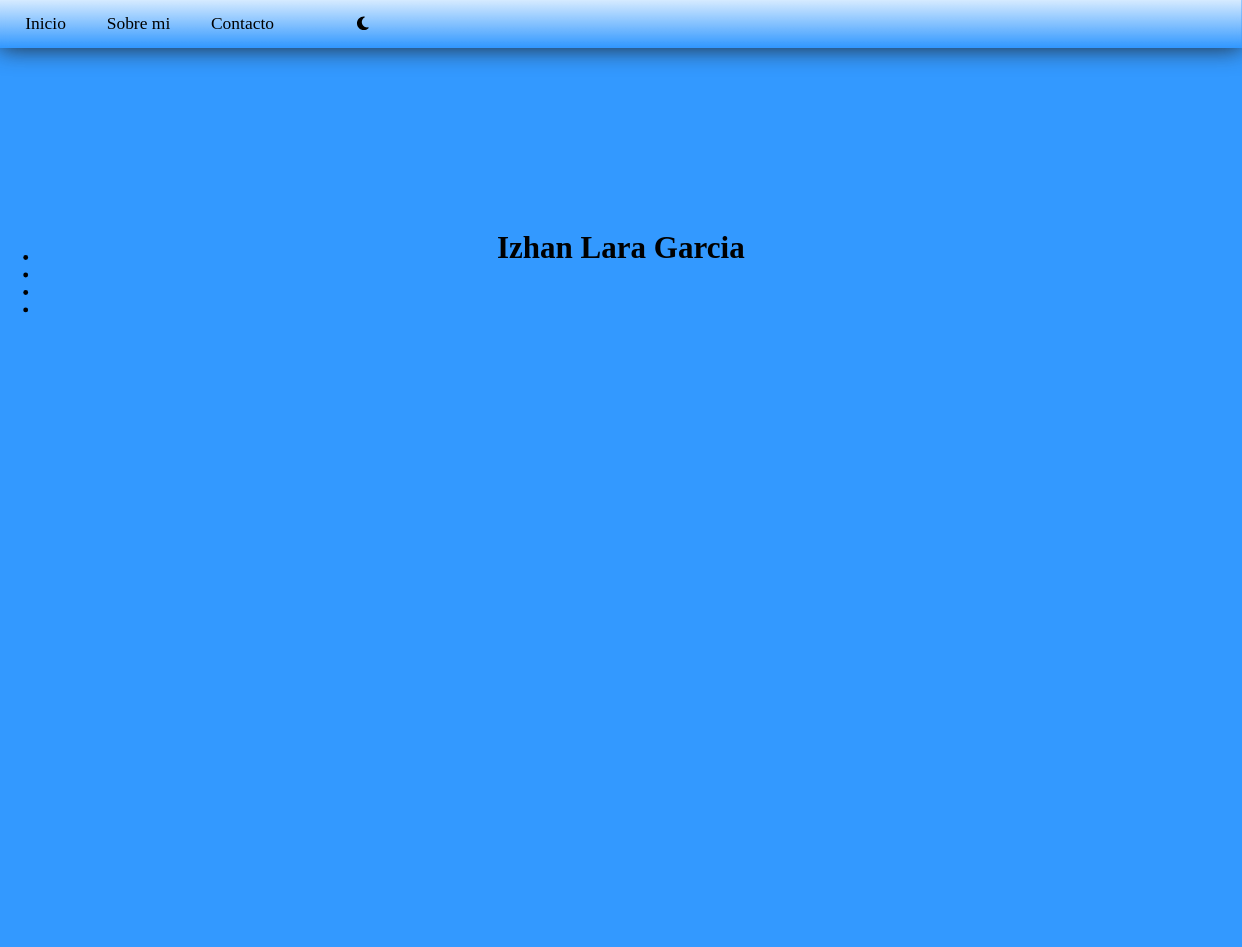
Repository: izhanlaraagarcia/izhanlaraagarcia.github.io
Page: / (app in vite-project/)
An editor plug-in stored every save of this project. The page is shown before and after a run of saves, followed by the edit.
The browser window is 1280 px wide. The pictures show the whole page, at 97% of full size.
The project was rebuilt for these pictures with package versions that can differ from the ones it lists, and the page was loaded fresh each time. Also part of the build but not shown: vite-project/vite.config.js, vite-project/src/pages/About/styles/about.scss, vite-project/src/pages/About/about.jsx, vite-project/src/pages/Contact/contact.jsx.

Above is the page before, as saved 2024-08-19 12:24:49.

### vite-project/index.html
<!doctype html>
<html lang="en">
  <head>
    <meta charset="UTF-8" />
    <meta name="viewport" content="width=device-width, initial-scale=1.0" />
    <title>Izhan Lara Garcia</title>
  </head>
  <body>
    <div id="root"></div>
    <script type="module" src="/src/main.jsx"></script>
  </body>
</html>

### vite-project/src/App.jsx
import React from "react";
import { BrowserRouter as Router, Route, Routes } from "react-router-dom";
import Menu from "./Componentes-Generales/menu.jsx";
import Inicio from "./Home/Inicio.jsx";
import About from "./pages/About/about.jsx";
import Contact from "./pages/Contact/contact.jsx";
import { ThemeProvider } from "./Constants/themaContext.jsx";

import { library } from "@fortawesome/fontawesome-svg-core";
import { fas } from "@fortawesome/free-solid-svg-icons";

library.add(fas);

class App extends React.Component {
  render() {
    return (
      <ThemeProvider>
        <Router>
          <Menu />
          <Routes>
            <Route path="/" element={<Inicio />} />
            <Route path="/sobre-mi" element={<About />} />
            <Route path="/contacto" element={<Contact />} />
          </Routes>
        </Router>
      </ThemeProvider>
    );
  }
}

export default App;

### vite-project/src/index.css
/* :root {
  font-family: Inter, system-ui, Avenir, Helvetica, Arial, sans-serif;
  line-height: 1.5;
  font-weight: 400;

  color-scheme: light dark;
  color: rgba(255, 255, 255, 0.87);
  background-color: #242424;

  font-synthesis: none;
  text-rendering: optimizeLegibility;
  -webkit-font-smoothing: antialiased;
  -moz-osx-font-smoothing: grayscale;
}

a {
  font-weight: 500;
  color: #646cff;
  text-decoration: inherit;
}

a:hover {
  color: #535bf2;
}



h1 {
  font-size: 3.2em;
  line-height: 1.1;
}

button {
  border-radius: 8px;
  border: 1px solid transparent;
  padding: 0.6em 1.2em;
  font-size: 1em;
  font-weight: 500;
  font-family: inherit;
  background-color: #1a1a1a;
  cursor: pointer;
  transition: border-color 0.25s;
}

button:hover {
  border-color: #646cff;
}

button:focus,
button:focus-visible {
  outline: 4px auto -webkit-focus-ring-color;
}

@media (prefers-color-scheme: light) {
  :root {
    color: #213547;
    background-color: #ffffff;
  }

  a:hover {
    color: #747bff;
  }

  button {
    background-color: #f9f9f9;
  }
} */

body {
  right: 0;
  margin: 0%;
  width: 100%;
  margin-top: 20%;
  text-align: center;
  min-width: 320px;
  min-height: 100vh;

}

button {
  border-radius: 8px;
  border: 1px solid transparent;
  padding: 0.6em 1.2em;
  font-size: 1em;
  font-weight: 500;
  font-family: inherit;
  background-color: #1a1a1a;
  cursor: pointer;
  transition: border-color 0.25s;
}

### vite-project/src/Componentes-Generales/menu.jsx
import React from "react";
import { Link } from "react-router-dom";
import "./styles/menu.scss";
import TemaComponent from "./thema";
import { useTheme } from "../Constants/themaContext";

// import { LANGUAGES } from "../Constants/lenguaje";

const Menu = () => {
  const { dark } = useTheme();
  return (
    <header>
      <nav className={`menu ${dark ? 'dark-mode' : 'light-mode'}`}>
        <ul>
          <li>
            <Link to="/">Inicio</Link>
            <i className="fas fa-address-card" aria-hidden="true"></i>
          </li>
          <li>
            <Link to="/sobre-mi">Sobre mi</Link>
          </li>
          <li>
            <Link to="/contacto">Contacto</Link>
          </li>
          <li>
            <TemaComponent />
          </li>
        </ul>
      </nav>
    </header>
  );
};

export default Menu;

### vite-project/src/Home/Inicio.jsx
import React from "react";
import "./Styles/estilos.scss";
import Background from "../Componentes-Generales/background";

import SocialMedia from "../Componentes-Generales/social"

const Inicio = () => {
  return (
    <div className="portfolio">
      <header>
        <h1>Izhan Lara Garcia</h1>
      </header>
      <div className="social-media-container">
        <SocialMedia/>
      </div>
      <Background/>
    </div>
  );
};

export default Inicio;

### vite-project/src/Constants/themaContext.jsx
import React, { createContext, useState, useContext } from "react";

const ThemeContext = createContext();

export const useTheme = () => useContext(ThemeContext);

export const ThemeProvider = ({ children }) => {
  const [dark, setDark] = useState(false);

  const toggleTheme = () => {
    setDark((prevDark) => !prevDark);
  };

  return (
    <ThemeContext.Provider value={{ dark, toggleTheme }}>
      {children}
    </ThemeContext.Provider>
  );
};

### vite-project/src/Componentes-Generales/styles/menu.scss
/* src/Componentes-Generales/styles/menu.css */

nav {
  top: 0;
  right: 0;
  margin: 0;
  padding: 0;
  position: fixed;
  width: 100%;
  background: linear-gradient(to bottom, rgba(255, 255, 255, 0.8), rgba(255, 255, 255, 0)) no-repeat;
  backdrop-filter: blur(5px);
  box-shadow: 0px 0px 25px #222;
  z-index: 10;

}

nav ul {
  list-style-type: none;
  padding: 0;
  margin: 0;
  display: flex;
  align-items: center;
}

nav li {
  margin-left: 10px;
}

nav a {
  display: flex;
  align-items: center;
  text-align: center;
  padding: 14px 16px;
  text-decoration: none;
  font-size: 18px;
  color: inherit;
  position: relative;
  overflow: hidden;
  transition: color 0.3s;
}

nav a:hover {
  color: #00aaff;
}

.fa-icon {
  margin-left: 8px;
}

.light-mode {
  color: black;
}

.dark-mode {
  color: white;
}

body {
  transition: background-color 0.5s, color 0.5s;
}

#tema {
  margin-left: 10px;
}

### vite-project/src/Componentes-Generales/thema.jsx
// TemaComponent.jsx
import React from "react";
import { FontAwesomeIcon } from "@fortawesome/react-fontawesome";
import { faSun, faMoon } from "@fortawesome/free-solid-svg-icons";
import { useTheme } from "../Constants/themaContext"; // Asegúrate de importar correctamente

const TemaComponent = () => {
  const { dark, toggleTheme } = useTheme();

  const handleClick = () => {
    toggleTheme();
    if (dark) {
      document.body.style.backgroundColor = "white";
      document.body.classList.remove("dark-mode");
      document.body.classList.add("light-mode");
    } else {
      document.body.style.backgroundColor = "black";
      document.body.classList.remove("light-mode");
      document.body.classList.add("dark-mode");
    }
  };

  return (
    <button
      id="tema"
      style={{
        cursor: "pointer",
        background: "none",
        border: "none",
        outline: "none",
        marginLeft: "80%",
      }}
      onClick={handleClick}
      aria-label={dark ? "Cambiar al modo claro" : "Cambiar al modo oscuro"}
    >
      <FontAwesomeIcon
        icon={dark ? faSun : faMoon}
        style={{ color: dark ? "white" : "inherit" }}
      />
    </button>
  );
};

export default TemaComponent;

### vite-project/src/Home/Styles/estilos.scss
h1{
  position: absolute;
  top: 30%; right: 0; left: 0; bottom: 0;

}

### vite-project/src/Componentes-Generales/background.jsx
import React from "react";
import "./styles/background.scss";

class Background extends React.Component {
  render() {
    return (
      <div></div>
    );
  }
}

export default Background;

### vite-project/src/Componentes-Generales/social.jsx
import React from 'react';

import "./styles/timelinecss.scss"

const SocialMedia = () => {
  return (
    <div className="social-media-container">
      <ul>
        <li>
          <a href="https://www.linkedin.com/in/izhan-lara-garcia/" target="_blank" rel="noopener noreferrer">
            <i className="fab fa-linkedin-in" />
          </a>
        </li>
        <li>
          <a href="https://github.com/izhanlg" target="_blank" rel="noopener noreferrer">
            <i className="fab fa-github" />
          </a>
        </li>
        <li>
          <a href="https://twitter.com/izhanlg" target="_blank" rel="noopener noreferrer">
            <i className="fab fa-twitter" />
          </a>
        </li>
        <li>
          <a href="https://www.instagram.com/izhanlg/" target="_blank" rel="noopener noreferrer">
            <i className="fab fa-instagram" />
          </a>
        </li>
        {/* Agrega más redes sociales aquí */}
      </ul>
    </div>
  );
};

export default SocialMedia;

### vite-project/src/Componentes-Generales/styles/background.scss
body{
  background: #3399ff;
}


.circle{
  position: absolute;
  border-radius: 50%;
  background: white;
  animation: ripple 15s infinite;
  box-shadow: 0px 0px 1px 0px #508fb9;
}

.small{
  width: 200px;
  height: 200px;
  left: -100px;
  bottom: -100px;
}

.medium{
  width: 400px;
  height: 400px;
  left: -200px;
  bottom: -200px;
}

.large{
  width: 600px;
  height: 600px;
  left: -300px;
  bottom: -300px;
}

.xlarge{
  width: 800px;
  height: 800px;
  left: -400px;
  bottom: -400px;
}

.xxlarge{
  width: 1000px;
  height: 1000px;
  left: -500px;
  bottom: -500px;
}

.shade1{
  opacity: 0.2;
}
.shade2{
  opacity: 0.5;
}

.shade3{
  opacity: 0.7;
}

.shade4{
  opacity: 0.8;
}

.shade5{
  opacity: 0.9;
}

@keyframes ripple{
  0%{
    transform: scale(0.8);
  }

  50%{
    transform: scale(1.2);
  }

  100%{
    transform: scale(0.8);
  }
}

### vite-project/src/Componentes-Generales/styles/timelinecss.scss
.social-media-container{
    margin-top: 20%;
}

Loaded but not shown: vite-project/src/main.jsx (common file)

After the next 2 saves:
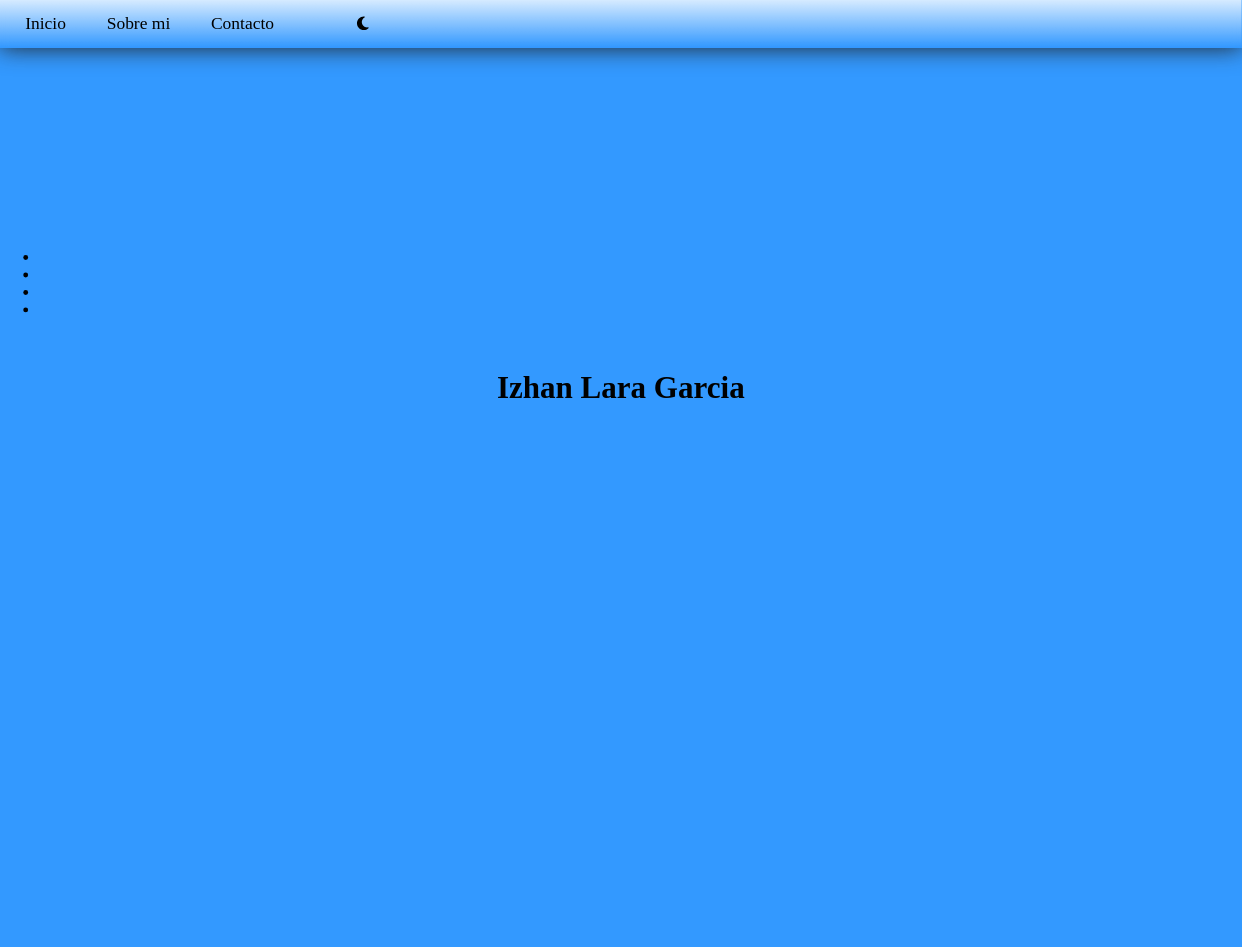
The 2 saves are shown as one change because they came seconds apart.
The last was saved 7 s later.
--- a/vite-project/src/Home/Styles/estilos.scss
+++ b/vite-project/src/Home/Styles/estilos.scss
@@ -1,5 +1,5 @@
 h1{
   position: absolute;
-  top: 30%; right: 0; left: 0; bottom: 0;
+  top: 50%; right: 0; left: 0; bottom: 0;
 
 }
